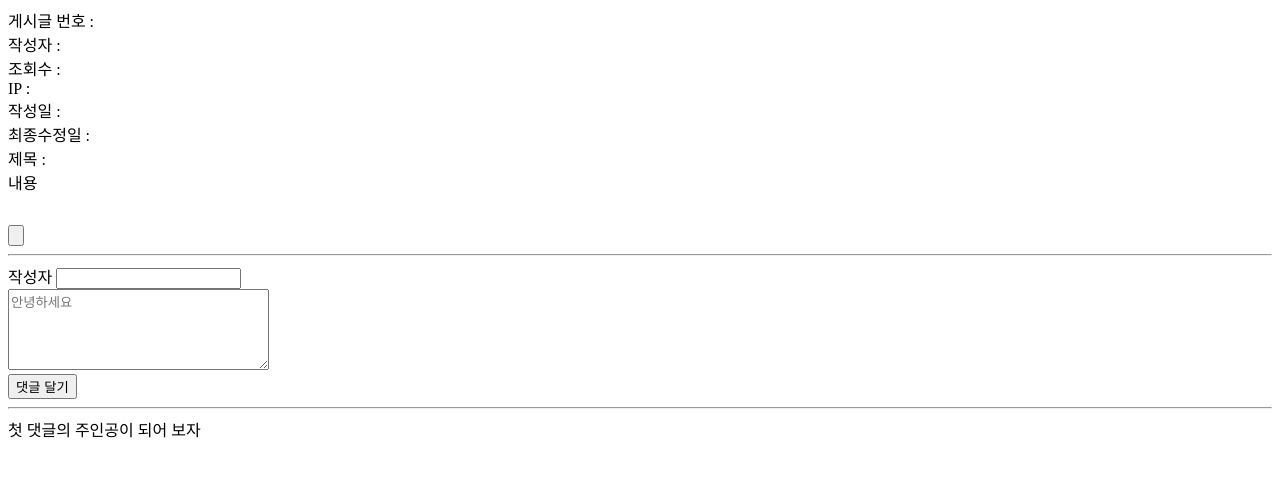
Repository: yangchunsick/JSPstudy
Page: http://localhost/11_MYHOME/notice/update.jsp
These files come from the project's save history. The page is drawn as it stood at one moment and after the next save; the edit follows.
The browser window is 1280 px wide. The pictures show the whole page.
The page is served by Tomcat 9. The template is opened directly, without the code that normally fills it, so the values that code supplies are empty.

Above is the page before, as saved 2021-11-18 02:11:39.

After the next save:
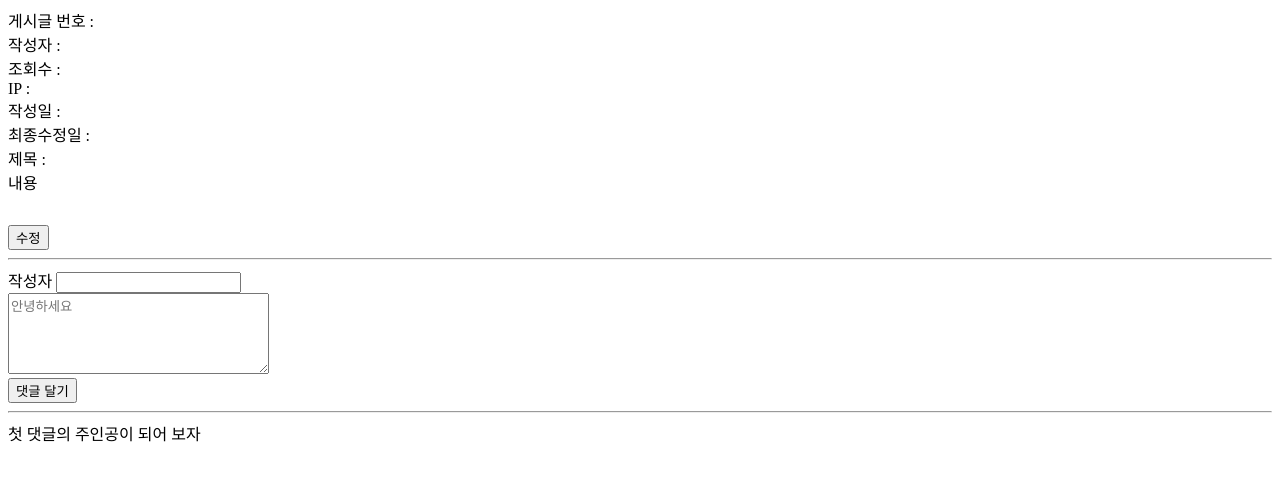
Saved 5 s later.
--- a/worksapce/11_MYHOME/WebContent/notice/update.jsp
+++ b/worksapce/11_MYHOME/WebContent/notice/update.jsp
@@ -31,7 +31,7 @@
 
 		<br>
 
-		<input type="button">
+		<input type="button" value="수정">
 
 		<hr>
 
